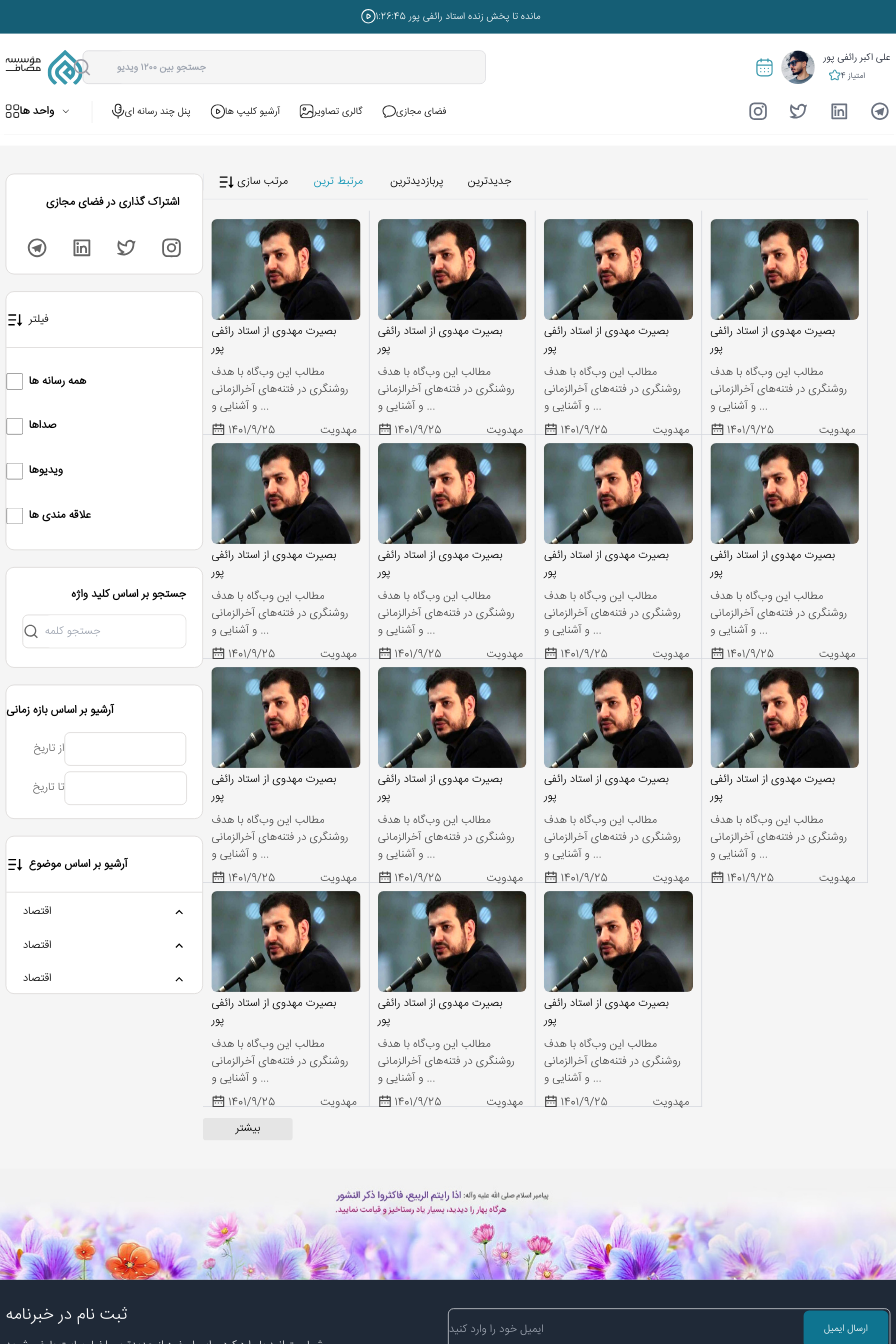
Repository: homan-tehrani/uiUserNative
Page: /multimedia
The author's editor kept a copy of each file at every save. The page is drawn from the files as they stood at one save, then again after the next save.
The browser window is 1280 px wide. The pictures show the part of the page from y = 0 to 1920 px (the page is 2769 px tall), at 70% of full size.
The project was rebuilt for these pictures with package versions that can differ from the ones it lists, and the page was loaded fresh each time. The framework's server and built-in components were replaced by stand-ins that run in the browser. Also part of the build but not shown: next.config.js, src/components/MenuForUnits.js, src/components/AccordionForUnits.js, src/components/MenuResponsive.js.

Above is the page before, as saved 2023-04-25 02:11:00.

### src/pages/_app.js
import Layoute from 'components/layout/Layoute'
import 'styles/globals.css'

export default function App({ Component, pageProps }) {
  return <Layoute>
    <Component {...pageProps} />
  </Layoute>
}

### src/pages/multimedia/index.js
import React, { useState, useEffect } from 'react';
import { albumPhoto } from '../../../src/db.json';
import Loading from 'components/loading';
import CourseCart from 'components/CourseCart';
import Aside from 'components/Aside';
import AsideResponsive from 'components/AsideResponsive';
export default function Multimedia() {
  const [allcorses, setAllCorses] = useState(null);

  useEffect(() => {
    setAllCorses(albumPhoto);
  }, []);

  if (!allcorses) {
    return <Loading />;
  }

  return (
    <div className=" bg-neutral-100 flex h-max py-10 w-full mt-4 gap-x-1 ">
      <div className="hidden  sm:flex  md:flex justify-evenly container sm:px-2 mx-auto sm:justify-between sm:gap-x-0 gap-x-2 ">
        <Aside />
        <CourseCart data={allcorses} />
      </div>
      <AsideResponsive />
    </div>
  );
}

### src/components/layout/Layoute.js
import React from "react";
import Header from "./Header";
import Fotter from "./Fotter";
import Speech from "../Speech";

export default function Layoute({ children , datas }) {
  return (
    <>
      <Header  />
      <div>{children}</div>
      <Speech />
      <Fotter datas={datas} />
    </>
  );
}

### src/styles/globals.css
@tailwind base;
@tailwind components;
@tailwind utilities;

@font-face {
    font-family: iransans;
    src: url("../../public/assets/fonts/iransans/irsans-l.woff");
}

html , body{
    font-family: iransans;
  }

.slider-master
.swiper-pagination-bullet{
  width: 14px;
  height: 14px;
  background-color: #3998AC;
}

.slider-master
.swiper-pagination-bullet-active {
  width: 60px;
  border-radius: 60px;
}

### src/components/loading.js
const Loading =()=> {
    return (
      <div className="w-full h-full flex justify-center items-center py-5">
        <svg aria-hidden="true" class="w-12 h-12 text-gray-200 animate-spin dark:text-gray-600 fill-cyan-600" viewBox="0 0 100 101" fill="none" xmlns="http://www.w3.org/2000/svg">
            <path d="M100 50.5908C100 78.2051 77.6142 100.591 50 100.591C22.3858 100.591 0 78.2051 0 50.5908C0 22.9766 22.3858 0.59082 50 0.59082C77.6142 0.59082 100 22.9766 100 50.5908ZM9.08144 50.5908C9.08144 73.1895 27.4013 91.5094 50 91.5094C72.5987 91.5094 90.9186 73.1895 90.9186 50.5908C90.9186 27.9921 72.5987 9.67226 50 9.67226C27.4013 9.67226 9.08144 27.9921 9.08144 50.5908Z" fill="currentColor"/>
            <path d="M93.9676 39.0409C96.393 38.4038 97.8624 35.9116 97.0079 33.5539C95.2932 28.8227 92.871 24.3692 89.8167 20.348C85.8452 15.1192 80.8826 10.7238 75.2124 7.41289C69.5422 4.10194 63.2754 1.94025 56.7698 1.05124C51.7666 0.367541 46.6976 0.446843 41.7345 1.27873C39.2613 1.69328 37.813 4.19778 38.4501 6.62326C39.0873 9.04874 41.5694 10.4717 44.0505 10.1071C47.8511 9.54855 51.7191 9.52689 55.5402 10.0491C60.8642 10.7766 65.9928 12.5457 70.6331 15.2552C75.2735 17.9648 79.3347 21.5619 82.5849 25.841C84.9175 28.9121 86.7997 32.2913 88.1811 35.8758C89.083 38.2158 91.5421 39.6781 93.9676 39.0409Z" fill="currentFill"/>
        </svg>
      </div>
    );
  }

  export default Loading;

### src/components/CourseCart.js
import React from 'react';
import Link from 'next/link';
import Loading from './loading';
export default function CourseCart({ data }) {
  console.log(data);
  if (!data) {
    return <Loading />;
  }
  return (
    <div className="relative w-full h-full  flex flex-col   md:translate-x-0 gap-y-4  pr-8">
      <div className="  w-full text-sm md:text-base border-b pb-3 flex  items-end  gap-x-1 md:gap-x-4 lg:gap-x-8  ">
        <div className=" w-26 flex items-center justify-center gap-x-1 border-l pl-3 sm:pl-5">
          <svg
            xmlns="http://www.w3.org/2000/svg"
            className="w-4 md:w-6"
            viewBox="0 0 24 24"
          >
            <path
              d="M20 4V16H23L19 21L15 16H18V4H20ZM12 18V20H3V18H12ZM14 11V13H3V11H14ZM14 4V6H3V4H14Z"
              fill="#000"
            ></path>
          </svg>
          <button className="">مرتب سازی </button>
        </div>
        <button className="text-cyan-600  w-16 md:w-20">
          مرتبط ترین
        </button>
        <button className="w-20 ">پربازدیدترین</button>
        <button className="w-16 ">جدیدترین</button>
      </div>

      <div className="grid grid-cols-4">
        {data.map((item) => (
          <>
            <div
              key={item.id}
              className=" h-80 hover:bg-white border-r border-b border-gray-300 p-3 cursor-pointer"
            >
              <div className="w-full h-36 bg-gray-200 rounded-lg overflow-hidden">
                <img
                  src="assets/images/img.png"
                  alt={item.title}
                  className="w-full h-full"
                />
              </div>
              <div className="flex flex-col h-44 justify-around pr-4">
                <div>
                  <p>بصیرت مهدوی از استاد رائفی پور</p>
                </div>

                <p className="opacity-70">
                مطالب این وب‌گاه با هدف روشنگری در فتنه‌های آخرالزمانی و آشنایی و ...
                  </p>
                <div className="flex gap-x-8 opacity-70">
                  <div className="flex gap-x-1">
                    <svg
                      xmlns="http://www.w3.org/2000/svg"
                      viewBox="0 0 24 24"
                      width="20"
                      height="20"
                    >
                      <path fill="none" d="M0 0h24v24H0z" />
                      <path d="M17 3h4a1 1 0 0 1 1 1v16a1 1 0 0 1-1 1H3a1 1 0 0 1-1-1V4a1 1 0 0 1 1-1h4V1h2v2h6V1h2v2zm3 8H4v8h16v-8zm-5-6H9v2H7V5H4v4h16V5h-3v2h-2V5zm-9 8h2v2H6v-2zm5 0h2v2h-2v-2zm5 0h2v2h-2v-2z" />
                    </svg>
                    <p>1401/9/25</p>
                  </div>

                  <svg
                    xmlns="http://www.w3.org/2000/svg"
                    viewBox="0 0 24 24"
                    width="20"
                    height="20"
                  >
                    <path fill="none" d="M0 0h24v24H0z" />
                    <path d="M20.005 2C21.107 2 22 2.898 22 3.99v16.02c0 1.099-.893 1.99-1.995 1.99H4v-4H2v-2h2v-3H2v-2h2V8H2V6h2V2h16.005zM8 4H6v16h2V4zm12 0H10v16h10V4z" />
                  </svg>
                  <span> {
                    (Array.isArray(item?.portal) && item?.portal.length > 0) ? (item?.portal[0].name) : 'مهدویت' }
                  </span>
                </div>
              </div>
            </div>

            <Link
              href={`/units/${item.id}`}
              className="w-full h-full absolute top-0 left-0  "
            ></Link>
          </>
        ))}
      </div>
      <button className="w-32 h-8 bg-neutral-200 rounded">
        بیشتر
      </button>
    </div>
  );
}

### src/components/Aside.js
import React from 'react'
import AccordionForMultiMedia from './AccordionForMultiMedia'

export default function Aside() {
  return (
    <aside className="w-80 h-full   md:mr-0 md:translate-x-0 flex flex-col  items-start justify-start gap-y-6 ">
    <div className="w-282px  border border-stone-300 h-36 bg-white rounded-xl flex flex-col items-center justify-center gap-y-3">
      <p className="text-right pl-6 font-bold">
        اشتراک گذاری در فضای مجازی
      </p>
      <div className="xs:-translate-y-4  flex  w-11/12 xs:h-8 xs:w-32  justify-around h-12 items-center rounded-md  translate-y-4 fill-white opacity-60">
        <svg
          className="cursor-pointer fill-black xs:w-6 w-8"
          xmlns="http://www.w3.org/2000/svg"
          viewBox="0 0 24 24"
        >
          <path fill="none" d="M0 0h24v24H0z" />
          <path d="M12 20a8 8 0 1 0 0-16 8 8 0 0 0 0 16zm0 2C6.477 22 2 17.523 2 12S6.477 2 12 2s10 4.477 10 10-4.477 10-10 10zm-3.11-8.83l-2.498-.779c-.54-.165-.543-.537.121-.804l9.733-3.76c.565-.23.885.061.702.79l-1.657 7.82c-.116.557-.451.69-.916.433l-2.551-1.888-1.189 1.148c-.122.118-.221.219-.409.244-.187.026-.341-.03-.454-.34l-.87-2.871-.012.008z" />
        </svg>
        <svg
          className="cursor-pointer fill-black xs:w-6 w-8"
          xmlns="http://www.w3.org/2000/svg"
          viewBox="0 0 24 24"
        >
          <path fill="none" d="M0 0h24v24H0z" />
          <path d="M4 3h16a1 1 0 0 1 1 1v16a1 1 0 0 1-1 1H4a1 1 0 0 1-1-1V4a1 1 0 0 1 1-1zm1 2v14h14V5H5zm2.5 4a1.5 1.5 0 1 1 0-3 1.5 1.5 0 0 1 0 3zm-1 1h2v7.5h-2V10zm5.5.43c.584-.565 1.266-.93 2-.93 2.071 0 3.5 1.679 3.5 3.75v4.25h-2v-4.25a1.75 1.75 0 0 0-3.5 0v4.25h-2V10h2v.43z" />
        </svg>
        <svg
          className="cursor-pointer fill-black xs:w-6 w-8"
          xmlns="http://www.w3.org/2000/svg"
          viewBox="0 0 24 24"
        >
          <path fill="none" d="M0 0h24v24H0z" />
          <path d="M15.3 5.55a2.9 2.9 0 0 0-2.9 2.847l-.028 1.575a.6.6 0 0 1-.68.583l-1.561-.212c-2.054-.28-4.022-1.226-5.91-2.799-.598 3.31.57 5.603 3.383 7.372l1.747 1.098a.6.6 0 0 1 .034.993L7.793 18.17c.947.059 1.846.017 2.592-.131 4.718-.942 7.855-4.492 7.855-10.348 0-.478-1.012-2.141-2.94-2.141zm-4.9 2.81a4.9 4.9 0 0 1 8.385-3.355c.711-.005 1.316.175 2.669-.645-.335 1.64-.5 2.352-1.214 3.331 0 7.642-4.697 11.358-9.463 12.309-3.268.652-8.02-.419-9.382-1.841.694-.054 3.514-.357 5.144-1.55C5.16 15.7-.329 12.47 3.278 3.786c1.693 1.977 3.41 3.323 5.15 4.037 1.158.475 1.442.465 1.973.538z" />
        </svg>
        <svg
          className="cursor-pointer fill-black xs:w-6 w-8"
          xmlns="http://www.w3.org/2000/svg"
          viewBox="0 0 24 24"
        >
          <path fill="none" d="M0 0h24v24H0z" />
          <path d="M12 9a3 3 0 1 0 0 6 3 3 0 0 0 0-6zm0-2a5 5 0 1 1 0 10 5 5 0 0 1 0-10zm6.5-.25a1.25 1.25 0 0 1-2.5 0 1.25 1.25 0 0 1 2.5 0zM12 4c-2.474 0-2.878.007-4.029.058-.784.037-1.31.142-1.798.332-.434.168-.747.369-1.08.703a2.89 2.89 0 0 0-.704 1.08c-.19.49-.295 1.015-.331 1.798C4.006 9.075 4 9.461 4 12c0 2.474.007 2.878.058 4.029.037.783.142 1.31.331 1.797.17.435.37.748.702 1.08.337.336.65.537 1.08.703.494.191 1.02.297 1.8.333C9.075 19.994 9.461 20 12 20c2.474 0 2.878-.007 4.029-.058.782-.037 1.309-.142 1.797-.331.433-.169.748-.37 1.08-.702.337-.337.538-.65.704-1.08.19-.493.296-1.02.332-1.8.052-1.104.058-1.49.058-4.029 0-2.474-.007-2.878-.058-4.029-.037-.782-.142-1.31-.332-1.798a2.911 2.911 0 0 0-.703-1.08 2.884 2.884 0 0 0-1.08-.704c-.49-.19-1.016-.295-1.798-.331C14.925 4.006 14.539 4 12 4zm0-2c2.717 0 3.056.01 4.122.06 1.065.05 1.79.217 2.428.465.66.254 1.216.598 1.772 1.153a4.908 4.908 0 0 1 1.153 1.772c.247.637.415 1.363.465 2.428.047 1.066.06 1.405.06 4.122 0 2.717-.01 3.056-.06 4.122-.05 1.065-.218 1.79-.465 2.428a4.883 4.883 0 0 1-1.153 1.772 4.915 4.915 0 0 1-1.772 1.153c-.637.247-1.363.415-2.428.465-1.066.047-1.405.06-4.122.06-2.717 0-3.056-.01-4.122-.06-1.065-.05-1.79-.218-2.428-.465a4.89 4.89 0 0 1-1.772-1.153 4.904 4.904 0 0 1-1.153-1.772c-.248-.637-.415-1.363-.465-2.428C2.013 15.056 2 14.717 2 12c0-2.717.01-3.056.06-4.122.05-1.066.217-1.79.465-2.428a4.88 4.88 0 0 1 1.153-1.772A4.897 4.897 0 0 1 5.45 2.525c.638-.248 1.362-.415 2.428-.465C8.944 2.013 9.283 2 12 2z" />
        </svg>
      </div>
    </div>
    <div className="w-282px h-370px  border border-stone-300 rounded-xl bg-white">
      <div className="w-full h-20  border-b border-stone-300 flex items-center justify-start pr-6 gap-x-2 ">
        <svg
          xmlns="http://www.w3.org/2000/svg"
          viewBox="0 0 24 24"
          width="24"
          height="24"
        >
          <path
            d="M20 4V16H23L19 21L15 16H18V4H20ZM12 18V20H3V18H12ZM14 11V13H3V11H14ZM14 4V6H3V4H14Z"
            fill="#000"
          ></path>
        </svg>
        <p>فیلتر</p>
      </div>
      <div className="w-full h-64 translate-y-4 flex flex-col justify-around pr-4 font-bold">
        <div className="flex  items-center justify-satrt  gap-x-2">
          <input type="checkbox" className="w-6 h-6 " />
          <p>همه رسانه ها</p>
        </div>
        <div className="flex items-center justify-satrt  gap-x-2">
          <input type="checkbox" className="w-6 h-6 " />
          <p>صداها</p>
        </div>
        <div className="flex items-center justify-satrt gap-x-2">
          <input type="checkbox" className="w-6 h-6 " />
          <p>ویدیوها</p>
        </div>
        <div className="flex items-center justify-satrt gap-x-2">
          <input type="checkbox" className="w-6 h-6 " />
          <p>علاقه مندی ها</p>
        </div>
      </div>
    </div>
    <div className="w-282px border border-stone-300 h-36 bg-white rounded-xl flex flex-col items-center justify-center gap-y-4">
      <p className="text-right  w-10/12 font-bold">
        جستجو بر اساس کلید واژه
      </p>
      <div className="w-10/12 h-12  flex items-center border border-stone-300 rounded-lg">
        <svg
          xmlns="http://www.w3.org/2000/svg"
          className="mr-2 opacity-60"
          viewBox="0 0 24 24"
          width="24"
          height="24"
        >
          <path
            d="M18.031 16.6168L22.3137 20.8995L20.8995 22.3137L16.6168 18.031C15.0769 19.263 13.124 20 11 20C6.032 20 2 15.968 2 11C2 6.032 6.032 2 11 2C15.968 2 20 6.032 20 11C20 13.124 19.263 15.0769 18.031 16.6168ZM16.0247 15.8748C17.2475 14.6146 18 12.8956 18 11C18 7.1325 14.8675 4 11 4C7.1325 4 4 7.1325 4 11C4 14.8675 7.1325 18 11 18C12.8956 18 14.6146 17.2475 15.8748 16.0247L16.0247 15.8748Z"
            fill="#000"
          ></path>
        </svg>
        <input
          placeholder="جستجو کلمه"
          type="text"
          className="w-11/12 h-full outline-0 pr-2 rounded-lg "
        />
      </div>
    </div>

    <div className="w-282px border border-stone-300 h-48 bg-white rounded-xl flex flex-col items-center justify-center  ">
      <p className="text-right mt-6 w-full pr-7 font-bold flex items-center  ">
        آرشیو بر اساس بازه زمانی
      </p>

      <div className="flex flex-col items-center justify-center  w-full h-full gap-y-2  ">
        <div className="flex items-cenetr h-12 justify-center">
          <p className="pl-4 flex items-center justify-center opacity-60">
            از تاریخ
          </p>
          <input
            type="text"
            className="border border-stone-300 h-full w-8/12 rounded-lg outline-0 pr-2"
          />
        </div>
        <div className="flex items-cenetr justify-center h-12 ">
          <p className="pl-4 flex items-center justify-center opacity-60">
            تا تاریخ
          </p>
          <input
            type="text"
            className="border border-stone-300 h-full w-8/12 rounded-lg outline-0 pr-2"
          />
        </div>
      </div>
    </div>
    <div className="w-282px  h-max border border-stone-300 rounded-xl bg-white ">
      <div className="w-full h-20  border-b border-stone-300 flex items-center justify-start pr-6 gap-x-2 ">
        <svg
          xmlns="http://www.w3.org/2000/svg"
          viewBox="0 0 24 24"
          width="24"
          height="24"
        >
          <path
            d="M20 4V16H23L19 21L15 16H18V4H20ZM12 18V20H3V18H12ZM14 11V13H3V11H14ZM14 4V6H3V4H14Z"
            fill="#000"
          ></path>
        </svg>
        <p className="font-bold">آرشیو بر اساس موضوع</p>
      </div>
  <AccordionForMultiMedia/>
  <AccordionForMultiMedia/>
  <AccordionForMultiMedia/>

    </div>
  </aside>
  )
}

### src/components/Speech.js
import React, { useEffect, useState } from "react";
import Loading from "./loading";
import {speech} from "../../src/db.json"

export default function Speech({ datas }) {
  const [imageSpeech, setImageSpeech] = useState(null);
  useEffect(() => {
    setImageSpeech(speech);
  }, []);

  if (!imageSpeech) {
    return <Loading />;
  }
  return (
    <div className="w-full flex justify-center items-center relative ">
      <div className="flex flex-col w-full h-max">
        <div className="flex flex-col w-full ">
          <img
            src={imageSpeech[0].src}
            alt={imageSpeech[0].alt}
            className="w-full h-full object-cover"
          />
        </div>
      </div>
    </div>
  );
}

### src/components/AccordionForMultiMedia.js
import {useState} from 'react'

export default function AccordionForMultiMedia() {
    const [isShowAccordion, setIsShowAccordion] = useState(false);
    const accordionHandler = () => {
        setIsShowAccordion((prev) => !prev);
      };
  return (
    <>
    <button
    onClick={accordionHandler}
    className=" w-10/12 mx-auto h-10 flex items-center mt-2 justify-between"
  >
    <p>اقتصاد</p>
    <div>
      {!isShowAccordion && (
        <svg
          xmlns="http://www.w3.org/2000/svg"
          viewBox="0 0 24 24"
          width="20"
          height="20"
        >
          <path
            d="M11.9997 10.8284L7.04996 15.7782L5.63574 14.364L11.9997 8L18.3637 14.364L16.9495 15.7782L11.9997 10.8284Z"
            fill="#000"
          ></path>
        </svg>
      )}
      {isShowAccordion && (
        <svg
          xmlns="http://www.w3.org/2000/svg"
          viewBox="0 0 24 24"
          width="20"
          height="20"
        >
          <path
            d="M11.9997 13.1714L16.9495 8.22168L18.3637 9.63589L11.9997 15.9999L5.63574 9.63589L7.04996 8.22168L11.9997 13.1714Z"
            fill="#000"
          ></path>
        </svg>
      )}
    </div>
  </button>
  {isShowAccordion && (
    <div className="w-10/12 mx-auto my-4 pb-4 flex flex-col gap-y-8 font-bold  border-b border-stone-300">
      <div className="flex items-center justify-satrt  gap-x-2 ">
        <input type="checkbox" className="w-6 h-6 " />
        <p>اقتصاد ایران</p>
      </div>
      <div className="flex items-center justify-satrt  gap-x-2">
        <input type="checkbox" className="w-6 h-6 " />
        <p>اقتصاد جهان</p>
      </div>
    </div>
  )}
  </>
  )
}

### src/components/AccordionMultiMediResponsive.js
import React, { useState } from 'react'

export default function AccordionMultiMediResponsive() {
    const[isShowAccordion , setIsShowAccordion] = useState(false)
    const accordionHandler = ()=>{
        setIsShowAccordion(prev=>!prev)
    }
  return (
    <>
     <button
              onClick={accordionHandler}
              className=" w-11/12 mx-auto h-10 flex items-center  my-2 justify-between"
            >
              <p>دشمن شناسی</p>
              <div>
                {!isShowAccordion && (
                  <svg
                    xmlns="http://www.w3.org/2000/svg"
                    viewBox="0 0 24 24"
                    width="20"
                    height="20"
                  >
                    <path
                      d="M11.9997 10.8284L7.04996 15.7782L5.63574 14.364L11.9997 8L18.3637 14.364L16.9495 15.7782L11.9997 10.8284Z"
                      fill="#000"
                    ></path>
                  </svg>
                )}
                {isShowAccordion && (
                  <svg
                    xmlns="http://www.w3.org/2000/svg"
                    viewBox="0 0 24 24"
                    width="20"
                    height="20"
                  >
                    <path
                      d="M11.9997 13.1714L16.9495 8.22168L18.3637 9.63589L11.9997 15.9999L5.63574 9.63589L7.04996 8.22168L11.9997 13.1714Z"
                      fill="#000"
                    ></path>
                  </svg>
                )}
              </div>
            </button>
            {isShowAccordion && (
              <div className="w-10/12 mx-auto pb-4 flex mt-4 flex-col gap-y-8 font-bold border-stone-300 border-b">
                <div className="flex items-center justify-satrt  gap-x-2 ">
                  <input type="checkbox" className="w-6 h-6 " />
                  <p>اقتصاد ایران</p>
                </div>
                <div className="flex items-center justify-satrt  gap-x-2">
                  <input type="checkbox" className="w-6 h-6 " />
                  <p>اقتصاد جهان</p>
                </div>
              </div>
            )}
    </>
  )
}

### tailwind.config.js
/** @type {import('tailwindcss').Config} */
module.exports = {
  content: [
    "./app/**/*.{js,ts,jsx,tsx}",
    "./pages/**/*.{js,ts,jsx,tsx}",
    "./components/**/*.{js,ts,jsx,tsx}",

    // Or if using `src` directory:
    "./src/**/*.{js,ts,jsx,tsx}",
  ],
  theme: {
    extend: {
      screens:{
        'xs':{'max':'430px'},
      },
      spacing: {
        '148': '37rem',
        '120':'36rem',
        '152':'42rem',
        '90':'25rem',
        '98':'28rem',
        '100':'30rem',
        '110':'33rem',
        'ppx':'0.5px',
        '400px': '400px',
        '300px':'300px',
        '1200px':'1200px',
        '370px':'370px',
        '305px':'305px',
        '282px':'282px'
      },
      fontSize:{
        tsm:['13px','19px'],
        ssm:['12px','18px'],
        xsm:['11px','17px'],
        xxsm:['10px','16px'],
        xxxsm:['8px','12px'],
      },
    },
  },
  plugins: [],
}

Loaded but not shown: src/db.json (58 lines, source omitted); src/components/layout/Fotter.js (133 lines, source omitted); src/components/layout/Header.js (154 lines, source omitted); src/components/NavBar.js (89 lines, source omitted); src/components/AsideResponsive.js (296 lines, source omitted)

After the next save:
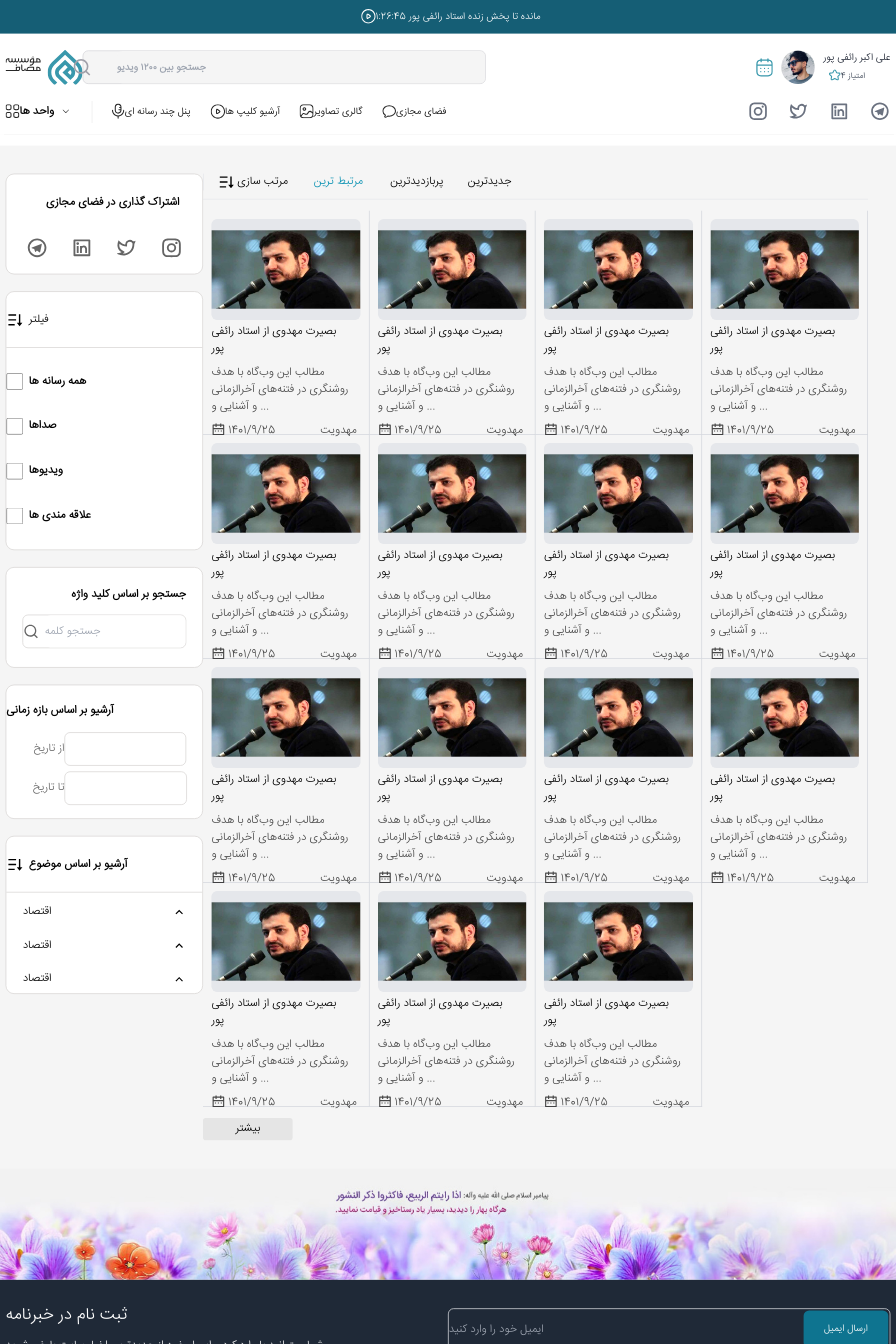
Saved 33 s later.
--- a/src/components/CourseCart.js
+++ b/src/components/CourseCart.js
@@ -36,7 +36,7 @@ export default function CourseCart({ data }) {
               key={item.id}
               className=" h-80 hover:bg-white border-r border-b border-gray-300 p-3 cursor-pointer"
             >
-              <div className="w-full h-36 bg-gray-200 rounded-lg overflow-hidden">
+              <div className="w-full h-36 bg-gray-200 rounded-lg overflow-hidden py-4">
                 <img
                   src="assets/images/img.png"
                   alt={item.title}
